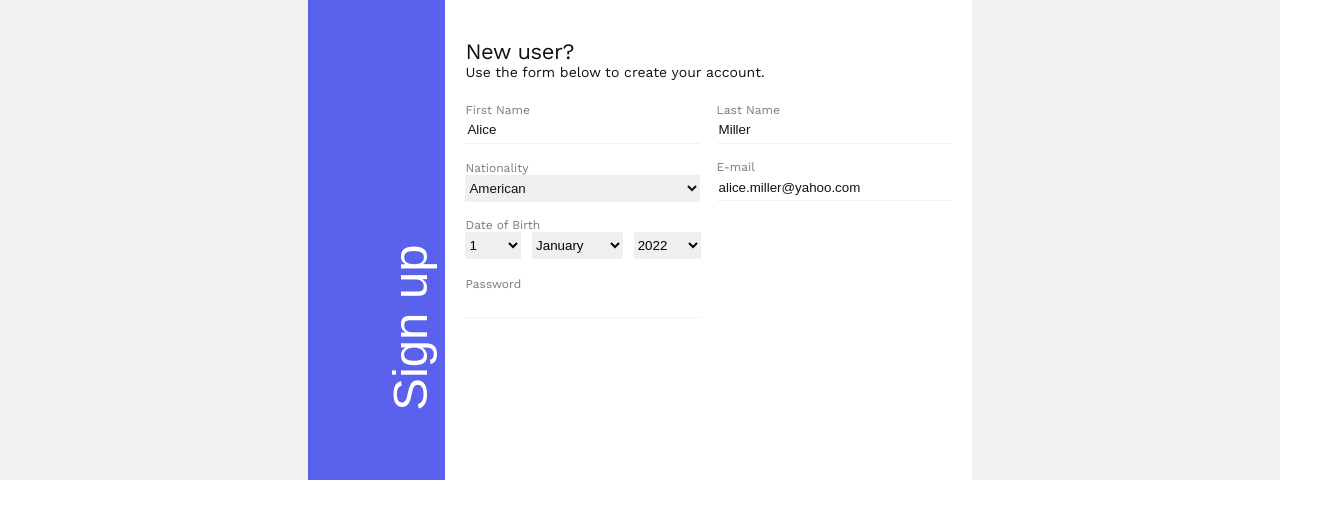
Repository: MorgunovaAlexandra/forma
Page: index.html
An editor plug-in stored every save of this project. The page is shown before and after the next save, followed by the edit.
The browser window is 1280 px wide. The page is 1342 px wide, so the pictures cover 1342 px, including what lies to the right of the window. The pictures show the whole page.
Some web fonts or font styles are not loaded; a fallback is used.

Above is the page before, as saved 2022-07-18 17:08:31.

### index.html
<!DOCTYPE html>
<html lang="en">
<head>
    <meta charset="UTF-8">
    <meta http-equiv="X-UA-Compatible" content="IE=edge">
    <meta name="viewport" content="width=device-width, initial-scale=1.0">
    <link href="https://fonts.googleapis.com/icon?family=Material+Icons"
      rel="stylesheet">
    <link rel="stylesheet" href="./style.css"></link>
    <title>Document</title>
</head>
<body>
    <div class="wrapper">
       <Sidebar class="sidebar">
        <div class="sidebar__title">Sign up</div>
       </Sidebar>
        <div class="main">
            <div class="main__header">New user?</div>
            <div class="main__text">Use the form below to create your account.</div>
            <div class="form">
            <div class="ride__side">
                <form>

                    <label class="text-field__label" for="name">First Name</label>
                    <input class="text-field__input" type="text" placeholder="Alice" id="name">
                    <label class="text-field__label nation" for="nationality">Nationality</label>
                    <select  class="text-field__input"name="user_profile_color_1" id="nationality">
                        <option value="1">American</option>
                        <option value="2">Belarus</option>
                        <option value="3">Russia</option>
                        <option value="4">German</option>
                      </select>
                      <div class="fallbackDatePicker">
                        <span>
                          <label  class="text-field__label birdth" for="day">Date of Birth</label>
                          <select class="field__day" id="day" name="day">
                          </select>
                        </span>
                        <span>

                          <select  class="field__mounth" id="day" name="month">
                            <option selected>January</option>
                            <option>February</option>
                            <option>March</option>
                            <option>April</option>
                            <option>May</option>
                            <option>June</option>
                            <option>July</option>
                            <option>August</option>
                            <option>September</option>
                            <option>October</option>
                            <option>November</option>
                            <option>December</option>
                          </select>
                        </span>
                        <span>
                          <select  class="year" id="day" name="year">
                          </select>
                        </span>

                      </div>
                      <label class="text-field__label pass" for="password">Password</label>
                      <input class="text-field__input" type="password" id="password">
            </div>
            <div class="left__side">
                <label class="text-field__label" for="name">Last Name</label>
                <input class="text-field__input" type="text" placeholder="Miller" id="name">
                <div class="emailInput">
                    <label class="text-field__label label-email" for="email">E-mail</label>
                    <input class="input__email" type="email" id='email'name="email" required placeholder="alice.miller@yahoo.com">
                    <img  class="img__done" src="./svg/Shape.svg">
                </div>
                <div class="radioInput">

                </div>


            </div>

            </form>
        </div>
        </div>
    </div>
    <script src="https://code.jquery.com/jquery-3.4.1.slim.min.js"></script>
    <script src="./emaiValidater.js"></script>
    <script src="./script.js"></script>
</body>
</html>

### style.css
@import url('https://fonts.googleapis.com/css2?family=PT+Sans&display=swap');
@import url('https://fonts.googleapis.com/css2?family=Work+Sans:wght@200;300;400&display=swap');
*,
*::before,
*::after {
  box-sizing: border-box;
}

/* Убираем внутренние отступы */
ul[class],
ol[class] {
  padding: 0;
}

/* Убираем внешние отступы */
body,
h1,
h2,
h3,
h4,
p,
ul[class],
ol[class],
li,
figure,
figcaption,
blockquote,
dl,
dd {
  margin: 0;
}
body{
  font-family: 'Work Sans', sans-serif;
  font-size: 14px;
}
.wrapper{
  display: flex;
  background-color: #F2F2F2;
  justify-content: center;
}
.sidebar{
    width: 137.2px;
    height: 480px;
    background-color: #5A61ED;
    display: block;
    position: relative;
}
.sidebar__title{
  -webkit-transform: rotate(-90deg);
  -moz-transform: rotate(-90deg);
  -o-transform: rotate(-90deg);
  -ms-transform: rotate(-90deg);
  transform: rotate(-90deg);
  position: absolute;
  top:296.02px;
  left: 20.5px;
  font-size: 49px;
  font-weight: 400;
  line-height: 63.41px;
  color:
  #FFFFFF;
  font-family: 'PT Sans', sans-serif;
  white-space:nowrap;
  }
  .main{
    width: 527.8px;
    height:480px;
    background-color: white;
  }


  /*main*/
  .main{

    padding-top: 38.52px;
    padding-left: 20.8px;
  }
  .form{
    display: flex;

  }
  .main__header{
    font-size: 22px;
    line-height: 25.78px;
    letter-spacing: -0.46px;
    color: #111111;
  }
  .main__text{
    line-height: 16.41px;
    color: #111111;
    margin-bottom: 20px;
  }
  .text-field__input{
    display: block;
    width: 234.5px;
    border-top: 0px;
    border-left: 0px;
    border-right: 0px;
    border-bottom: 0.7px solid #F2F2F2;
    height: 27.2px;
    padding-top: 4.9px;
    padding-bottom: 6.3px;
    color: #111111;
  }
input::placeholder {
  color: #111111 !important;
}
.text-field__label{
  color:#7C7C7C;
  font-size: 12px;
  line-height: 14.06px;
}
.nation{
  display: block;
  margin-top: 16.8px;
}
.field__day{
  width: 56px;
  padding-left: 0;
  height: 26.9px;
  border-top: 0px;
    border-left: 0px;
    border-right: 0px;
    border-bottom: 0.7px solid #F2F2F2;
}
.field__mounth{
  margin-left: 5.8px;
  width: 91px;
  height: 26.9px;
  border-top: 0px;
    border-left: 0px;
    border-right: 0px;
    border-bottom: 0.7px solid #F2F2F2;
}
.year{
  margin-left: 5.8px;
  width: 67.67px;
  height: 26.9px;
  border-top: 0px;
    border-left: 0px;
    border-right: 0px;
    border-bottom: 0.7px solid #F2F2F2;
}
.birdth{
  display: block;
  margin-top: 16.3px;
}


/*-----password---*/
.pass{
  display: block;
  margin-top: 17.4px;
}

/*-------------left-side------------*/
.left__side{
margin-left: 15.3px;
}

.label-email{
  display: block;
  margin-top: 16.37px;
}
.input__email{
  height: 26.92px;
  width: 234.5px;
  border-top: 0px;
    border-left: 0px;
    border-right: 0px;
    border-bottom: 0.7px solid #F2F2F2;
    position: absolute;
    background-color: white;
}
.emailInput{
  position: relative;
}
.img__done{
  position: absolute ;
  left: 225px;
  opacity: 0;
}
.input__email:invalid:required {

}
.input__email:valid{


}
.radioInput{
  display: block;
  position: relative;
  top:39px
}
.title__radio{
  margin-bottom: 5.3px;

}
.label__Male{
  padding-right: 19px;
}

/*----input type=radio=======*/
input[type="radio"] {
  /* remove standard background appearance */
  -webkit-appearance: none;
  -moz-appearance: none;
  appearance: none;
  /* create custom radiobutton appearance */
  display: inline-block;
  width: 25px;
  height: 25px;
  padding: 6px;
  /* background-color only for content */
  background-clip: content-box;
  border: 2px solid #bbbbbb;
  background-color: #e7e6e7;
  border-radius: 50%;
}

/* appearance for checked radiobutton */
input[type="radio"]:checked {
  background-color: #93e026;
}

/* optional styles, I'm using this for centering radiobuttons */
.flex {
  display: flex;
  align-items: center;
}

### emaiValidater.js
$(document).ready(function(){
    $('.emailInput').each(function(index,emailInput){
      let inputElement=$(emailInput).find('input');
      $(inputElement).on('focus',function(){
        $(this).removeClass("blurred")
      }).on('blur',function(){
        $(this).addClass("blurred")
      })
    })
})

### script.js
const year=document.querySelector('.year')
const day=document.querySelector('#day')
const email=document.querySelector('#email')
const imgVector=document.querySelector('.img__done')
let options

for(let i=1;i<32;i++){
 options=document.createElement('option')
 day.appendChild(options);
 options.innerHTML=`${i}`
}
for(let i=2022;i>1960;i--){
    options=document.createElement('option')
    year.appendChild(options);
    options.innerHTML=`${i}`
}
document.addEventListener('click',()=>{
    if(email.matches(':valid')){
        imgVector.style.opacity=1
        email.style.backgroundColor='white'
        email.style.color='#111111';
        email.style.borderBottomColor='#F2F2F2';
    }
    else{
        email.style.borderBottomColor='red';
        email.style.color='red';
    }
})

After the next save:
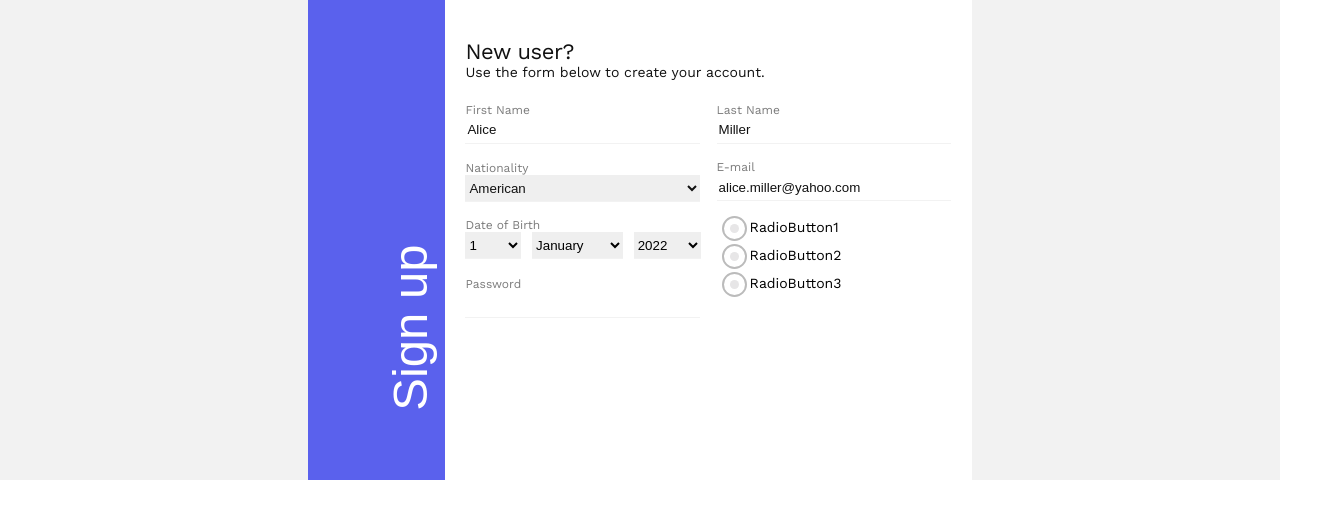
Saved 14 s later.
--- a/index.html
+++ b/index.html
@@ -71,7 +71,18 @@
                     <img  class="img__done" src="./svg/Shape.svg">
                 </div>
                 <div class="radioInput">
-
+                    <div class="flex">
+                        <input type="radio" name="radio" id="radio1" />
+                        <label for="radio1">RadioButton1</label>
+                      </div>
+                      <div class="flex">
+                        <input type="radio" name="radio" id="radio2" />
+                        <label for="radio2">RadioButton2</label>
+                      </div>
+                      <div class="flex">
+                        <input type="radio" name="radio" id="radio3" />
+                        <label for="radio3">RadioButton3</label>
+                      </div>
                 </div>
 
 
